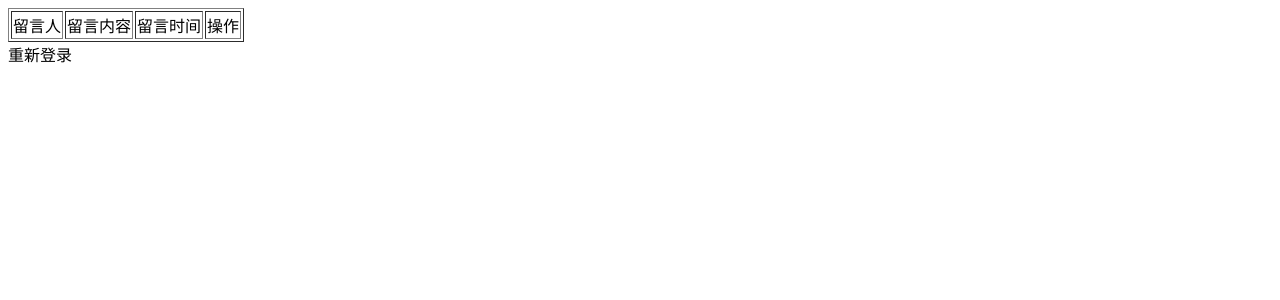
Repository: suxiaohutot/PHP
Page: http://localhost/liuyanlist.php
The author's editor kept a copy of each file at every save. The page is drawn from the files as they stood at one save, then again after the next save.
The browser window is 1280 px wide. The pictures show the whole page.
The page is run by PHP 8.4 with error messages shown; the project is at /var/www/html/. Queries for data that is not in the repository find no rows.

Above is the page before, as saved 2019-10-22 10:49:23.

### test/liuyanlist.php
<?php
include 'db.php';
$sqli="select * from liuyan";
dbcon();
$seti=mysqli_query($dbcon, $sqli);
?>
<table border="1">
		<tr>
			<td>留言人</td>
			<td>留言内容</td>
			<td>留言时间</td>
			<td>操作</td>
		</tr>
		</table>
<?php
while ($reut=mysqli_fetch_array($seti)){
//     echo  "留言人:" .$reut["name"]."<br>";
//     echo  "留言内容：".$reut['count']."<br>";
    $time=$reut['time'];
//     echo "留言时间：".$time."<br>";
    $id=$reut['id'];
    ?>
    <!--
    <a href="delt.php?url=delt.php&id=<?php echo $id ?>">删除</a>
    <a href="edit.php?id=<?php echo $id ?>">编辑</a><?php echo "<br><br>"?>
    -->
    <table border="1">
		<tr>
    		<td><?php echo $reut["name"] ?></td>
    		<td><?php echo $reut['count'] ?></td>
    		<td><?php echo $reut['time'] ?></td>
    		<td>
        		<a href="delt.php?url=delt.php&id=<?php echo $id ?>">删除</a>
        		<a href="edit.php?id=<?php echo $id ?>">编辑</a>
        		<br/><br/>
            </td>
		</tr>
	</table>

    <?php

 }
 echo "<a >重新登录</a>";
 ?>

### test/DB.php
<?php
$dbcon=null;
function dbcon(){
    global $dbcon;
    $dbcon=mysqli_connect('localhost','root','');
    mysqli_select_db($dbcon, 'test');
    mysqli_query($dbcon, "set names utf8");
}
function close(){
    global $dbcon;
    if($dbcon){
        mysqli_close($dbcon);
    }
}
?>

After the next save:
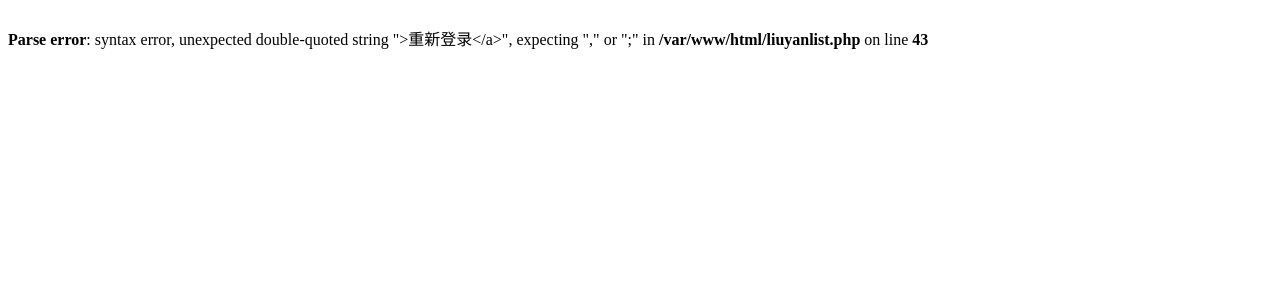
Saved 29 s later.
--- a/test/liuyanlist.php
+++ b/test/liuyanlist.php
@@ -40,5 +40,5 @@
     <?php
 
  }
- echo "<a >重新登录</a>";
+ echo "<a href="">重新登录</a>";
  ?>

After the save that followed:
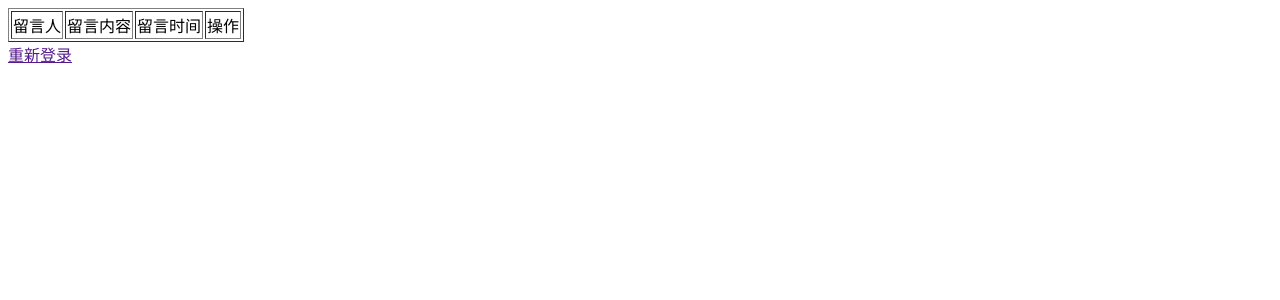
Saved 38 s later.
--- a/test/liuyanlist.php
+++ b/test/liuyanlist.php
@@ -40,5 +40,5 @@
     <?php
 
  }
- echo "<a href="">重新登录</a>";
+ echo "<a href=''>重新登录</a>";
  ?>
